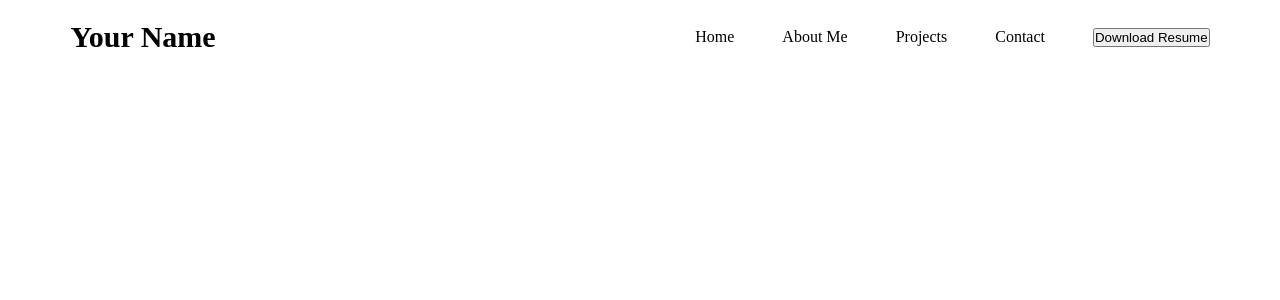
Repository: DevAntonioRogers/vanilla-portfolio
Page: index.html
The author's editor kept a copy of each file at every save. The page is drawn from the files as they stood at one save, then again after the next save.
The browser window is 1280 px wide. The pictures show the whole page.

Above is the page before, as saved 2023-07-12 14:16:50.

### index.html
<!DOCTYPE html>
<html lang="en">
  <head>
    <meta charset="UTF-8" />
    <meta name="viewport" content="width=device-width, initial-scale=1.0" />
    <link rel="stylesheet" href="style.css" />
    <title>Antonio Rogers</title>
  </head>
  <body>
    <nav>
      <div class="container navbar">
        <a href="/" aria-label="Home"> <h1>Your Name</h1></a>
        <ul>
          <li>
            <a href="/" aria-label="Home">Home</a>
          </li>
          <li>
            <a href="/" aria-label="About Me">About Me</a>
          </li>
          <li>
            <a href="/" aria-label="Projects">Projects</a>
          </li>
          <li>
            <a href="/" aria-label="Contact">Contact</a>
          </li>
          <li>
            <a href="/resume.pdf" download aria-label="Download Resume">
              <button>Download Resume</button>
            </a>
          </li>
        </ul>
      </div>
    </nav>
  </body>
</html>

### style.css
@import url("https://fonts.googleapis.com/css2?family=Ubuntu:wght@300;400;500;700&display=swap");

* {
  box-sizing: border-box;
  padding: 0;
  margin: 0;
}

a {
  text-decoration: none;
  color: inherit;
}

li {
  list-style: none;
}

.container {
  width: 89%;
  margin: auto;
}

nav {
  background-color: blue;
  background-color: transparent;
  padding: 20px 0;
}

.navbar {
  display: flex;
  justify-content: space-between;
  align-items: center;
}

.navbar h1 {
  font-size: 30px;
}

.navbar ul {
  display: flex;
  gap: 3rem;
}

After the next save:
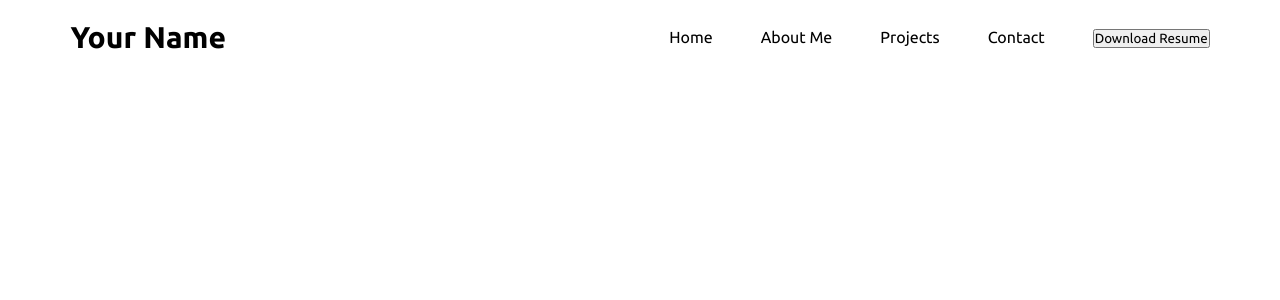
Saved 11 s later.
--- a/style.css
+++ b/style.css
@@ -4,6 +4,7 @@
   box-sizing: border-box;
   padding: 0;
   margin: 0;
+  font-family: "Ubuntu", sans-serif;
 }
 
 a {
